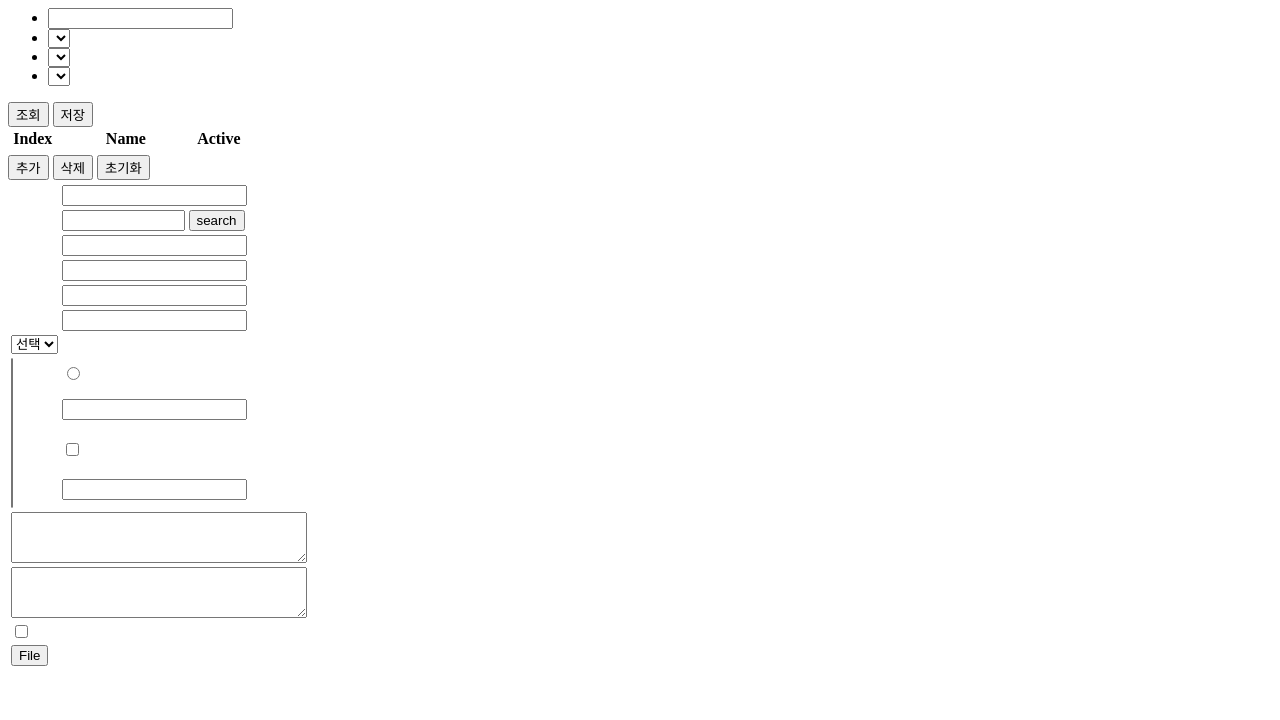
Repository: bbalganjjm/natural_js_boot
Page: src/main/resources/static/html/com/app/sample/type0401.html
The author's editor kept a copy of each file at every save. The page is drawn from the files as they stood at one save, then again after the next save.
The browser window is 1280 px wide. The pictures show the whole page.

Above is the page before, as saved 2021-03-17 18:19:46.
Console error: ReferenceError: N is not defined

After the next save:
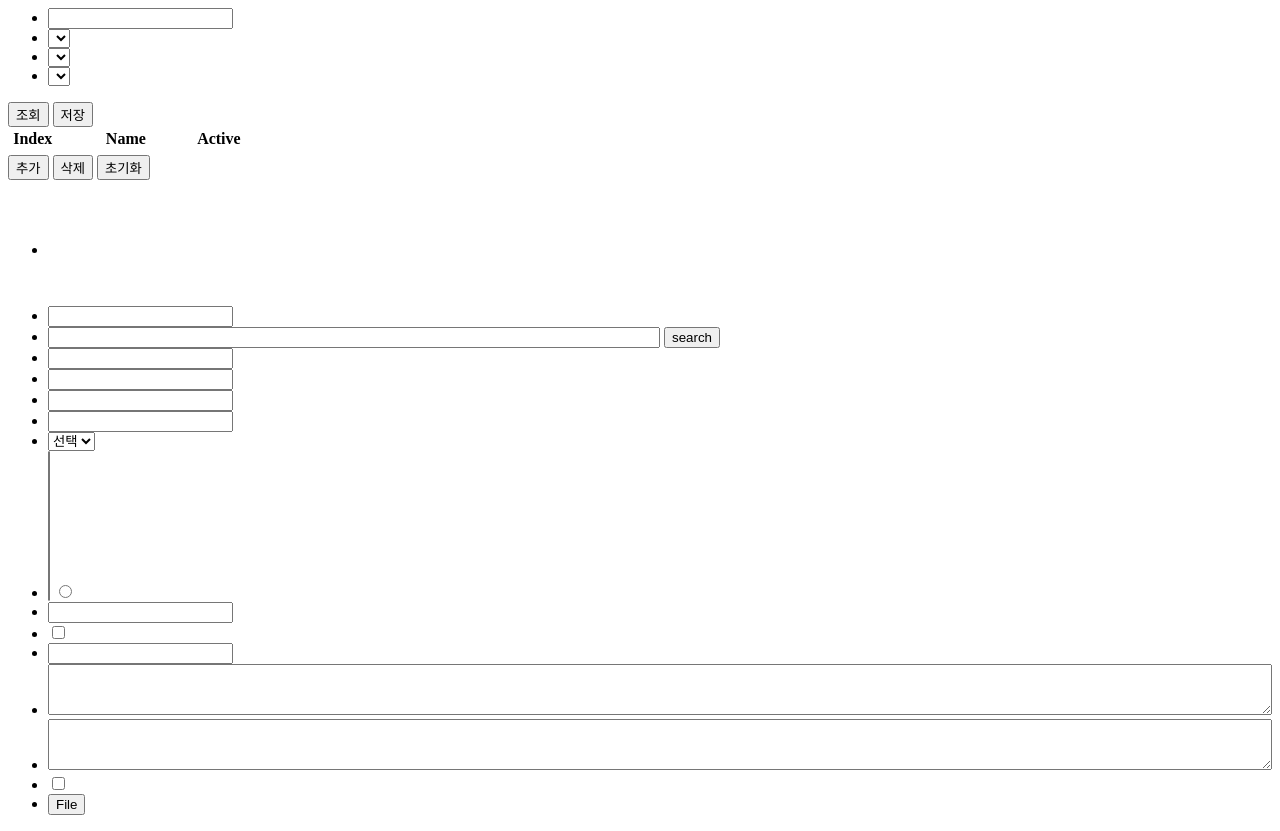
Saved 2 min 26 s later.
--- a/src/main/resources/static/html/com/app/sample/type0401.html
+++ b/src/main/resources/static/html/com/app/sample/type0401.html
@@ -45,62 +45,62 @@
                 <button id="btnDelete" class="mdc-button" data-icon="delete_sweep">삭제</button>
                 <button id="btnRevert" class="mdc-button" data-icon="restart_alt">초기화</button>
             </div>
-            <table id="detail" class="form__">
-                <tr>
-                    <td rowspan="7" style="text-align: center; vertical-align: middle;">
+            <ul id="detail" class="form__">
+                <li>
+                    <span rowspan="7" style="text-align: center; vertical-align: middle;">
                         <img id="picture" height="110">
-                    </td>
-                </tr>
-                <tr>
-                    <td><input id="name" type="text" data-validate='[["required"]]'></td>
-                </tr>
-                <tr>
-                    <td>
+                    </span>
+                </li>
+                <li>
+                    <span><input id="name" type="text" data-validate='[["required"]]'></span>
+                </li>
+                <li>
+                    <span>
                         <input id="deptNm" type="text" data-validate='[["required"]]' style="width: 50%;" readonly="readonly">
                         <button id="btnDept" class="mdc-icon-button mdc-icon-button--mini">search</button>
-                    </td>
-                </tr>
-                <tr>
-                    <td><input id="email" type="text" data-validate='[["required"], ["email"]]'></td>
-                </tr>
-                <tr>
-                    <td><input id="key" type="text" data-format='[["generic", "@@＊＊＊＊＊＊"]]' data-validate='[["required"]]'></td>
-                </tr>
-                <tr>
-                    <td><input id="balance" type="text" data-format='[["numeric", "$#,###.##0"]]' data-validate='[["required"], ["number"]]'></td>
-                </tr>
-                <tr>
-                    <td><input id="phone" type="text" data-validate='[["required"]]'></td>
-                </tr>
-                <tr>
-                    <td><select id="eyeColor" data-validate='[["required"]]' class="mdc-njs-select" data-label="Eye Color"><option>선택</option></select></td>
-                </tr>
-                <tr>
-                    <td rowspan="4"><select id="company" multiple="multiple" data-validate='[["required"]]' style="height: 150px;"></select></td>
-                    <td><input id="gender" type="radio"></td>
-                </tr>
-                <tr>
-                    <td><input id="age" type="text" data-validate='[["required"], ["integer"]]'></td>
-                </tr>
-                <tr>
-                    <td><input id="favoriteFruit" type="checkbox" data-validate='[["required"]]'></td>
-                </tr>
-                <tr>
-                    <td><input id="registered" type="text" data-format='[["date", 8, "date"]]' data-validate='[["required"]]'></td>
-                </tr>
-                <tr>
-                    <td colspan="3"><textarea id="about" style="width: 100%;" rows="3" data-validate='[["required"]]' class="mdc-text-field" title="About"></textarea></td>
-                </tr>
-                <tr>
-                    <td colspan="3"><textarea id="greeting" style="width: 100%;" rows="3" data-validate='[["required"]]' class="mdc-text-field" title="Greeting"></textarea></td>
-                </tr>
-                <tr>
-                    <td colspan="3"><input id="isActive" type="checkbox"></td>
-                </tr>
-                <tr>
-                    <td colspan="3"><button id="btnFile" class="mdc-button mdc-button--outlined" data-icon="file_present">File</button></td>
-                </tr>
-            </table>
+                    </span>
+                </li>
+                <li>
+                    <span><input id="email" type="text" data-validate='[["required"], ["email"]]'></span>
+                </li>
+                <li>
+                    <span><input id="key" type="text" data-format='[["generic", "@@＊＊＊＊＊＊"]]' data-validate='[["required"]]'></span>
+                </li>
+                <li>
+                    <span><input id="balance" type="text" data-format='[["numeric", "$#,###.##0"]]' data-validate='[["required"], ["number"]]'></span>
+                </li>
+                <li>
+                    <span><input id="phone" type="text" data-validate='[["required"]]'></span>
+                </li>
+                <li>
+                    <span><select id="eyeColor" data-validate='[["required"]]' class="mdc-njs-select" data-label="Eye Color"><option>선택</option></select></span>
+                </li>
+                <li>
+                    <span rowspan="4"><select id="company" multiple="multiple" data-validate='[["required"]]' style="height: 150px;"></select></span>
+                    <span><input id="gender" type="radio"></span>
+                </li>
+                <li>
+                    <span><input id="age" type="text" data-validate='[["required"], ["integer"]]'></span>
+                </li>
+                <li>
+                    <span><input id="favoriteFruit" type="checkbox" data-validate='[["required"]]'></span>
+                </li>
+                <li>
+                    <span><input id="registered" type="text" data-format='[["date", 8, "date"]]' data-validate='[["required"]]'></span>
+                </li>
+                <li>
+                    <span colspan="3"><textarea id="about" style="width: 100%;" rows="3" data-validate='[["required"]]' class="mdc-text-field" title="About"></textarea></span>
+                </li>
+                <li>
+                    <span colspan="3"><textarea id="greeting" style="width: 100%;" rows="3" data-validate='[["required"]]' class="mdc-text-field" title="Greeting"></textarea></span>
+                </li>
+                <li>
+                    <span colspan="3"><input id="isActive" type="checkbox"></span>
+                </li>
+                <li>
+                    <span colspan="3"><button id="btnFile" class="mdc-button mdc-button--outlined" data-icon="file_present">File</button></span>
+                </li>
+            </ul>
         </div>
     </div>
 </article>
